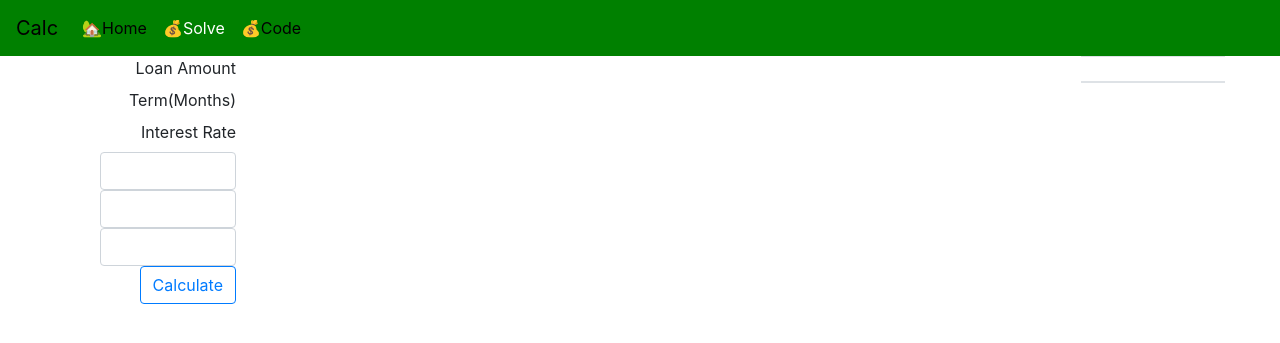
Repository: zhadjah9559/MortgageManager
Page: solve.html
The author's editor kept a copy of each file at every save. The page is drawn from the files as they stood at one save, then again after a run of saves.
The browser window is 1280 px wide. The pictures show the whole page.

Above is the page before, as saved 2021-01-15 16:40:13.

After the next 3 saves:
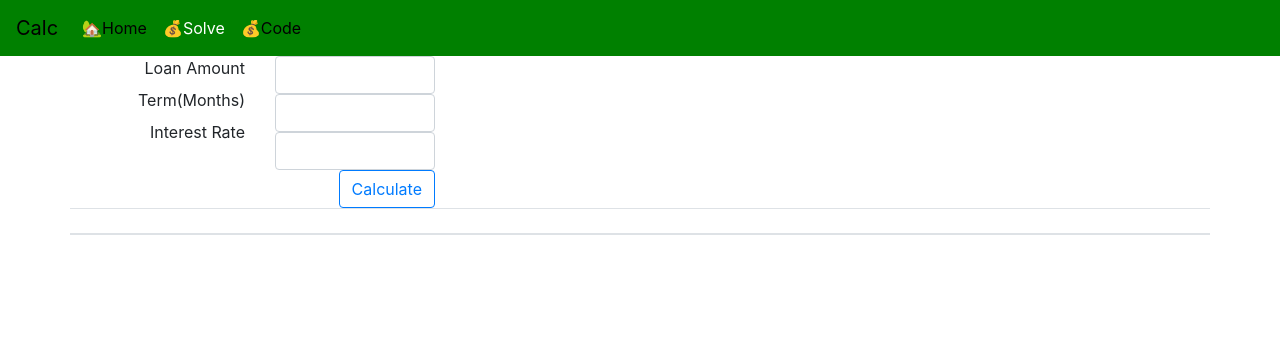
The 3 saves are shown as one change because they came seconds apart.
The last was saved 12 s later.
--- a/solve.html
+++ b/solve.html
@@ -35,7 +35,7 @@
     <div class="container">
         <!--Input column-->
         <div class="row">
-            <div class="col">
+
                 <!--Label Columns-->
                 <div class="col-2 text-right">
                     <label for="Loan Amount">Loan Amount</label>
